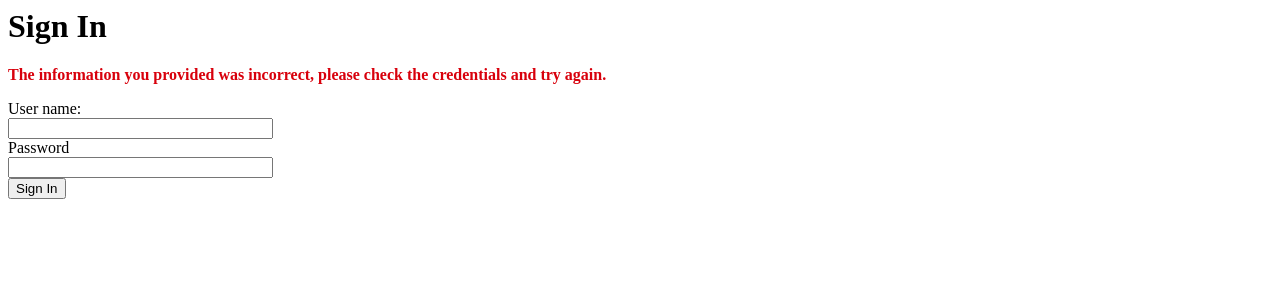
Repository: erjaimin/coding-ground
Page: http://localhost/Assignment03/login-error.jsp
These files come from the project's save history. The page is drawn as it stood at one moment and after the next save; the edit follows.
The browser window is 1280 px wide. The pictures show the whole page.
The page is served by Tomcat 9. Nobody is signed in. The application's start-up code is not run. Other server files are loaded and not shown.

Above is the page before, as saved 2017-11-25 17:48:44.

### Abde_Fatani/Assignment03/WebContent/login-error.jsp
<html>
<head>
    <title>Login | McGill Book Store Inventory System</title>
    <style type="text/css">
        input[type=text], input[type=password] {
            display: block;
        }
    </style>
</head>
<body>
	<h1>Sign In</h1>
	 <p style="color: #D8000C; font-weight: bold;">The information you provided was incorrect, please check the credentials and try again.</p>
	<form action="j_security_check" method="post" name="loginForm">
	    <label for="user">User name:</label>
	    <input id="user" type="text" name="j_username" size="30">

	    <label for="password">Password </label>
	    <input id="password" type="password" name="j_password" size="30">

	    <input type="submit" value="Sign In">
	</form>
</body>
</html>

After the next save:
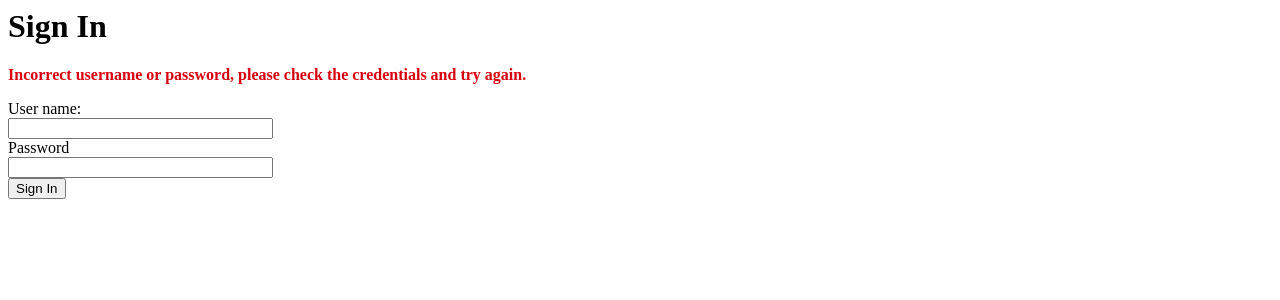
Saved 21 s later.
--- a/Abde_Fatani/Assignment03/WebContent/login-error.jsp
+++ b/Abde_Fatani/Assignment03/WebContent/login-error.jsp
@@ -9,7 +9,7 @@
 </head>
 <body>
 	<h1>Sign In</h1>
-	 <p style="color: #D8000C; font-weight: bold;">The information you provided was incorrect, please check the credentials and try again.</p>
+	 <p style="color: #D8000C; font-weight: bold;">Incorrect username or password, please check the credentials and try again.</p>
 	<form action="j_security_check" method="post" name="loginForm">
 	    <label for="user">User name:</label>
 	    <input id="user" type="text" name="j_username" size="30">
